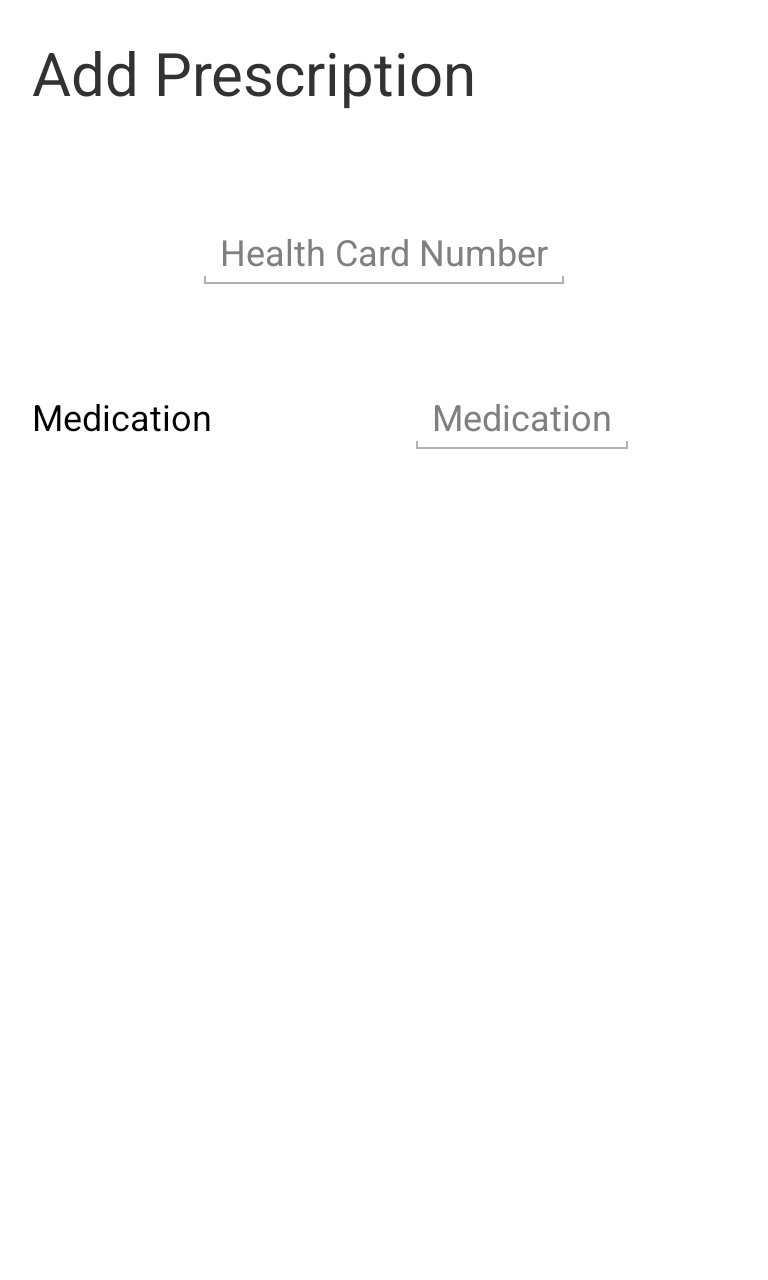
Repository: wangyuan0915/ER
Layout: workspace2/phase3/res/layout/activity_add_prescription.xml
The author's editor kept a copy of each file at every save. The layout is drawn from the files as they stood at one save, then again after the next save.
It is drawn on a 768 x 1280 px phone screen (xhdpi) without system bars, with theme AppTheme; the app's code is not run.

Above is the layout before, as saved 2013-11-24 20:36:26.

### workspace2/phase3/res/layout/activity_add_prescription.xml
<RelativeLayout xmlns:android="http://schemas.android.com/apk/res/android"
    xmlns:tools="http://schemas.android.com/tools"
    android:layout_width="match_parent"
    android:layout_height="match_parent"
    android:paddingBottom="@dimen/activity_vertical_margin"
    android:paddingLeft="@dimen/activity_horizontal_margin"
    android:paddingRight="@dimen/activity_horizontal_margin"
    android:paddingTop="@dimen/activity_vertical_margin"
    tools:context=".AddPrescription" >

    <TextView
        android:id="@+id/textView2"
        android:layout_width="wrap_content"
        android:layout_height="wrap_content"
        android:text="@string/Add_Prescription"
        android:textSize="30sp" />

    <EditText
        android:id="@+id/cardnum"
        android:layout_width="wrap_content"
        android:layout_height="wrap_content"
        android:layout_below="@+id/textView2"
        android:layout_centerHorizontal="true"
        android:layout_marginTop="50dp"
        android:hint="@string/Health_Card_Number"
        android:textAppearance="?android:attr/textAppearanceMedium" />

    <TextView
        android:id="@+id/Medication"
        android:layout_width="wrap_content"
        android:layout_height="wrap_content"
        android:layout_alignLeft="@+id/textView2"
        android:layout_below="@+id/cardnum"
        android:layout_marginTop="50dp"
        android:text="@string/Medication"
        android:textAppearance="?android:attr/textAppearanceMedium" />

    <EditText
        android:id="@+id/medication"
        android:layout_width="wrap_content"
        android:layout_height="wrap_content"
        android:layout_alignBaseline="@+id/Medication"
        android:layout_alignBottom="@+id/Medication"
        android:layout_alignParentRight="true"
        android:layout_marginRight="50dp"
        android:hint="@string/Medication"
        android:textAppearance="?android:attr/textAppearanceMedium" />

</RelativeLayout>

### workspace2/phase3/res/values/strings.xml
<?xml version="1.0" encoding="utf-8"?>
<resources>

    <string name="app_name">phase3</string>
    <string name="action_settings">Settings</string>
    <string name="hello_world">Hello world!</string>
    <string name="Login">Login</string>
    <string name="username">username</string>
    <string name="password">password</string>
    <string name="Nurse">Nurse</string>
    <string name="Physician">Physician</string>
    <string name="login">login</string>
    <string name="title_activity_choice">ChoiceActivity</string>
    <string name="title_activity_physician__choice">Physician_ChoiceActivity</string>
    <string name="Hello">Hello</string>
    <string name="Add_a_new_patient">Add a new patient</string>
    <string name="Add_VitalSign">Add VitalSign</string>
    <string name="title_activity_new_patient">NewPatientActivity</string>
    <string name="title_activity_add_vital_sign">AddVitalSignActivity</string>
    <string name="New_Patient">New Patient</string>
    <string name="patient_name">patient\'s name</string>
    <string name="Health_Card_Number">Health Card Number</string>
    <string name="Birthday">Birthday</string>
    <string name="Year">Year</string>
    <string name="Month">Month</string>
    <string name="Day">Day</string>
    <string name="Date">Date</string>
    <string name="Time">Time</string>
    <string name="Hour">Hour</string>
    <string name="Minute">Minute</string>
    <string name="Submit">Submit</string>
    <string name="VitalSign">VitalSign</string>
    <string name="Temperature">Temperature</string>
    <string name="Systolic">Systolic</string>
    <string name="Diastolic">Diastolic</string>
    <string name="Heartrate">Heartrate</string>
    <string name="View_Patient_Record">View Patient\'s Record</string>
    <string name="Add_Prescription">Add Prescription</string>
    <string name="title_activity_view_patient_record">ViewPatientRecord</string>
    <string name="title_activity_add_prescription">AddPrescription</string>
    <string name="Medication">Medication</string>
    <string name="Instruction">Instruction</string>

</resources>

Loaded but not shown: workspace2/phase3/res/values/styles.xml (common file); workspace2/phase3/res/values-v11/styles.xml (common file); workspace2/phase3/res/values-v14/styles.xml (common file); workspace2/phase3/res/values/dimens.xml (common file)

After the next save:
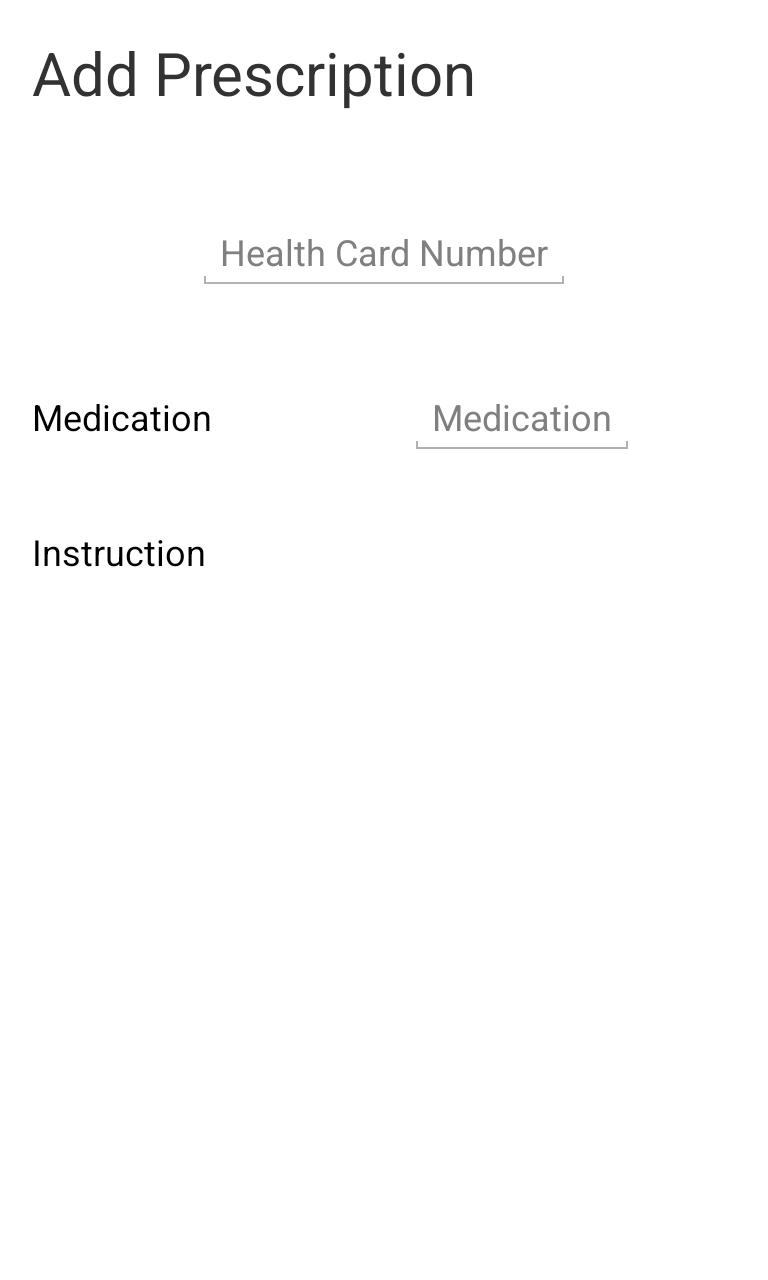
Saved 6 min 57 s later.
--- a/workspace2/phase3/res/layout/activity_add_prescription.xml
+++ b/workspace2/phase3/res/layout/activity_add_prescription.xml
@@ -46,4 +46,14 @@
         android:hint="@string/Medication"
         android:textAppearance="?android:attr/textAppearanceMedium" />
 
+    <TextView
+        android:id="@+id/instruction"
+        android:layout_width="wrap_content"
+        android:layout_height="wrap_content"
+        android:layout_alignLeft="@+id/Medication"
+        android:layout_below="@+id/medication"
+        android:layout_marginTop="35dp"
+        android:text="Instruction"
+        android:textAppearance="?android:attr/textAppearanceMedium" />
+
 </RelativeLayout>
